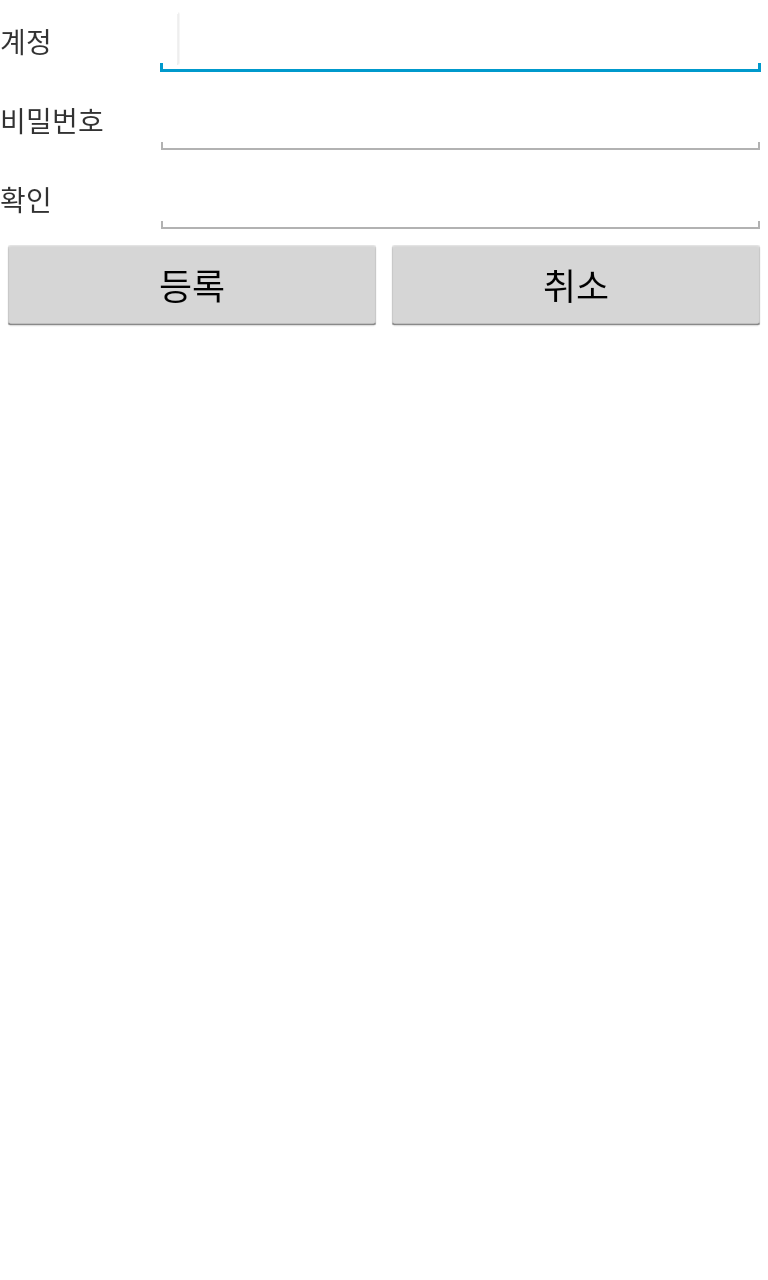
Repository: OnionLord/BurgerWIKI
Layout: burgerDicApp/BurgerDictionary/res/layout/burgerregister.xml
These files come from the project's save history. The layout is drawn as it stood at one moment and after the next save; the edit follows.
It is drawn on a 768 x 1280 px phone screen (xhdpi) without system bars, with theme AppTheme; the app's code is not run.

Above is the layout before, as saved 2014-11-06 12:40:04.

After the next save:
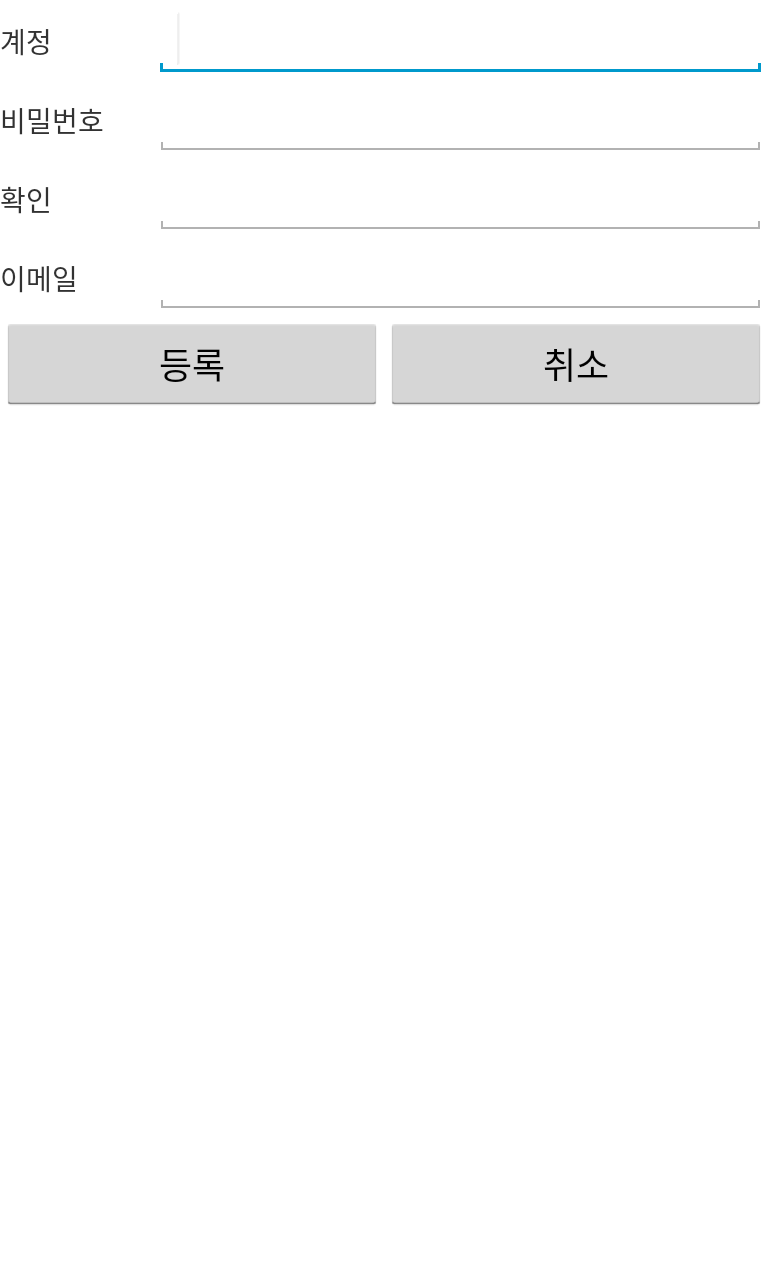
Saved 8 min 46 s later.
--- a/burgerDicApp/BurgerDictionary/res/layout/burgerregister.xml
+++ b/burgerDicApp/BurgerDictionary/res/layout/burgerregister.xml
@@ -66,6 +66,28 @@
 
     </LinearLayout>
 
+
+    <LinearLayout
+        android:layout_width="match_parent"
+        android:layout_height="wrap_content" >
+
+        <TextView
+            android:id="@+id/textView4"
+            android:layout_width="0dp"
+            android:layout_weight="2"
+            android:layout_height="wrap_content"
+            android:text="이메일" />
+
+        <EditText
+            android:id="@+id/editText4"
+            android:layout_width="0dp"
+            android:layout_height="wrap_content"
+            android:layout_weight="8"
+            android:ems="10" />
+
+    </LinearLayout>
+
+
     <LinearLayout
         android:layout_width="match_parent"
         android:layout_height="wrap_content"
